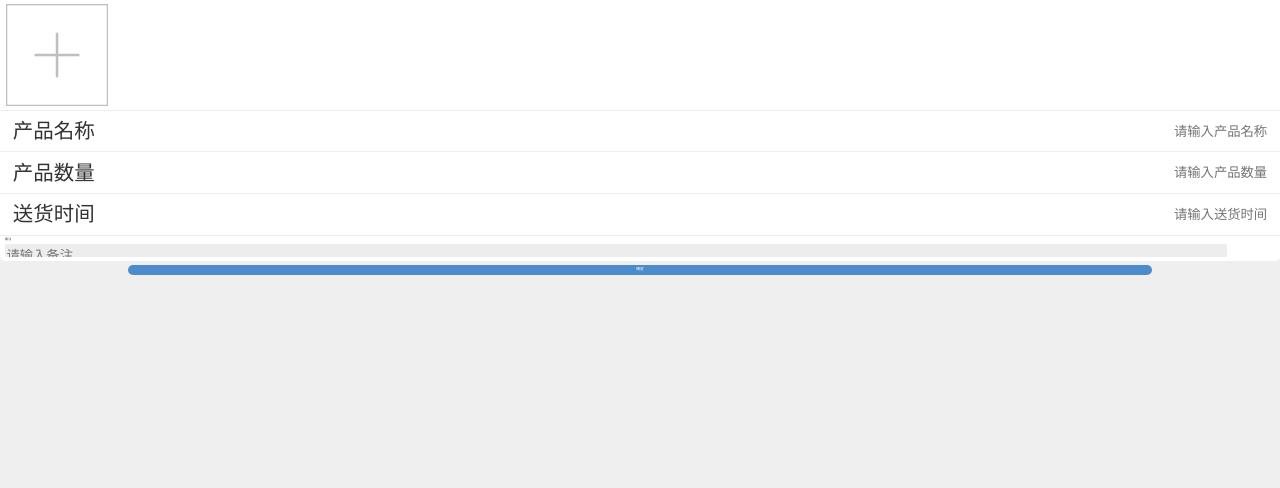
Repository: missing-star/produce
Page: Cbuyer.html
An editor plug-in stored every save of this project. The page is shown before and after the next save, followed by the edit.
The browser window is 1280 px wide. The pictures show the whole page.

Above is the page before, as saved 2019-05-20 15:31:19.

After the next save:
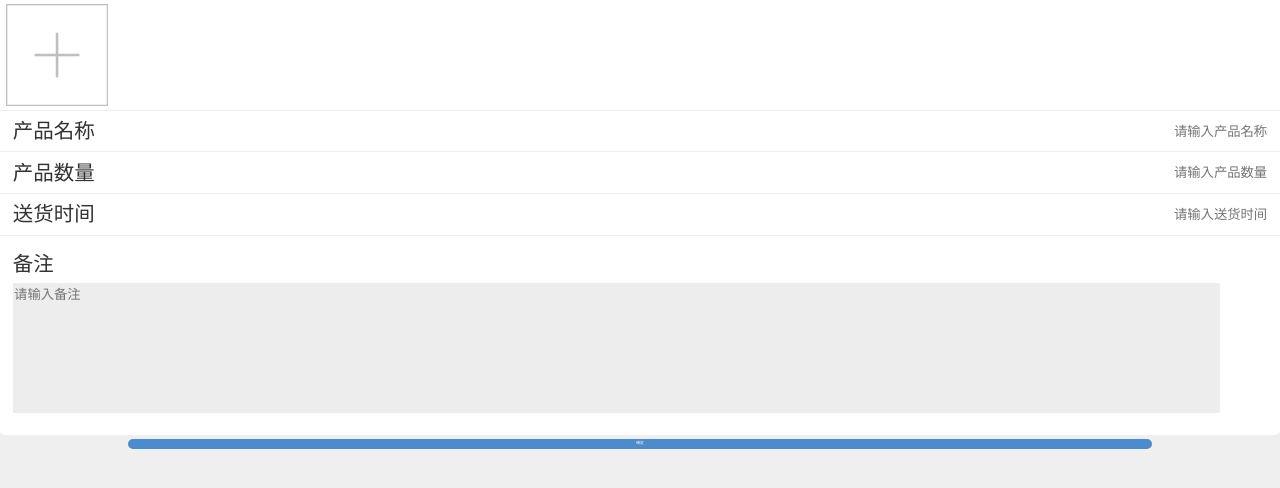
Saved 69 s later.
--- a/css/Cbuyer.css
+++ b/css/Cbuyer.css
@@ -49,15 +49,15 @@
 }
 
 .buyer_text {
-    font-size: 0.12rem;
+    font-size: 0.8rem;
     color: #333333;
-    padding: 0.06rem 0.2rem 0.1rem;
+    padding: 0.5rem;
     border-top: 1px solid #EDEDED;
 }
 
 textarea {
     width: 96%;
-    height: 0.43rem;
+    height: 5rem;
     background: rgba(237, 237, 237, 1);
     border-radius: 0.05rem;
     margin-top: 0.08rem;
